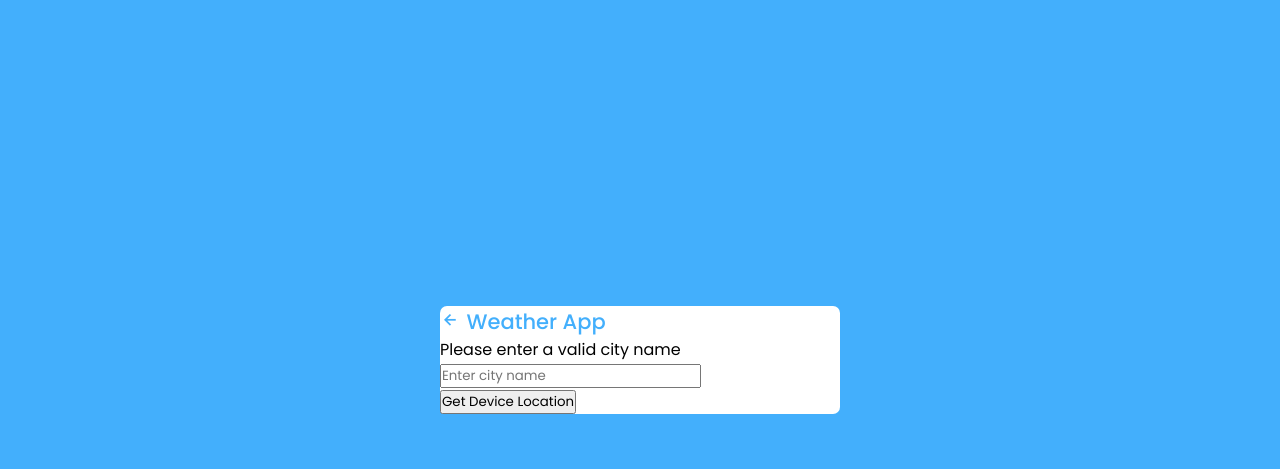
Repository: long13820/Weather-App-HTML-CSS-Javascript
Page: index.html
The author's editor kept a copy of each file at every save. The page is drawn from the files as they stood at one save, then again after a run of saves.
The browser window is 1280 px wide. The pictures show the whole page.

Above is the page before, as saved 2021-09-01 23:26:25.

### index.html
<!DOCTYPE html>
<html lang="en">
<head>
    <meta charset="UTF-8">
    <meta http-equiv="X-UA-Compatible" content="IE=edge">
    <meta name="viewport" content="width=device-width, initial-scale=1.0">
    <title>Weather App</title>
    <link rel="stylesheet" href="style.css">

    <!--Linking Boxicon For Icon-->
    <link rel="stylesheet" href='https://unpkg.com/boxicons@2.0.9/css/boxicons.min.css' >


</head>
<body>
    <div class="wrapper">
        <header>
            <i class="bx bx-left-arrow-alt"></i>
            Weather App
        </header>
        <section class="input-part">
            <p class="info-txt">Please enter a valid city name</p>
            <input type="text" placeholder="Enter city name" spellcheck="false">
            <div class="separator"></div>
            <button>Get Device Location</button>
        </section>
    </div>
</body>
</html>

### style.css
/*Import Google Font - Poppins*/
@import url('https://fonts.googleapis.com/css2?family=Poppins:wght@400;500;600;700&display=swap');
*{
    margin: 0;
    padding: 0;
    box-sizing: border-box;
    font-family: 'Poppins', sans-serif;
}
body{
    display: flex;
    align-items: center;
    justify-content: center;
    min-height: 100vh;
    background: #43AFFC;
}
.wrapper{
    width: 400px;
    border-radius: 7px;
    background: white;
}
.wrapper header{
    color: #43AFFC;
    font-size: 21px;
    font-weight: 500;

}

After the next 5 saves:
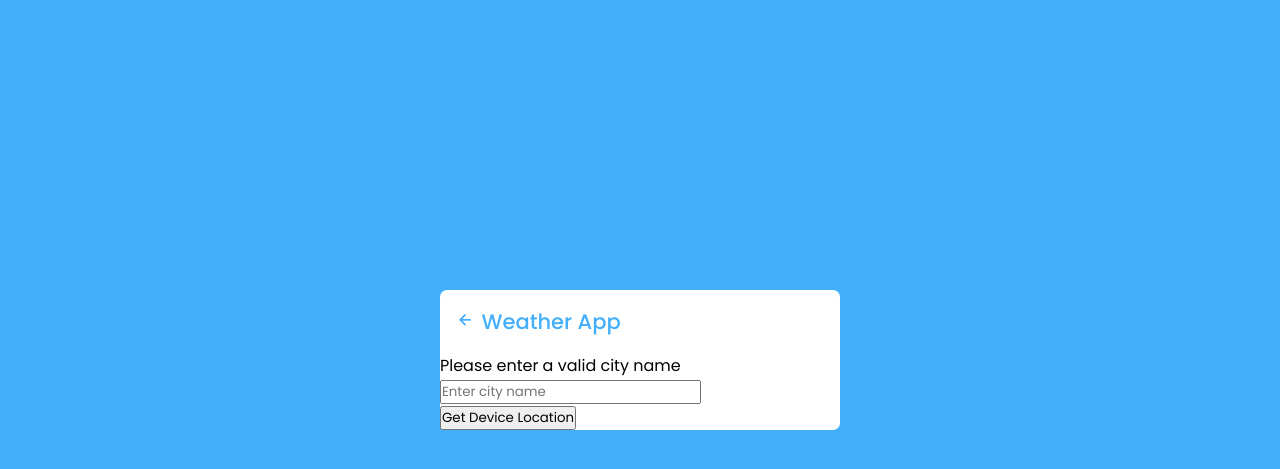
The 5 saves are shown as one change because they came seconds apart.
The last was saved 14 s later.
--- a/style.css
+++ b/style.css
@@ -22,5 +22,5 @@ body{
     color: #43AFFC;
     font-size: 21px;
     font-weight: 500;
-
+    padding: 16px 15px;
 }
